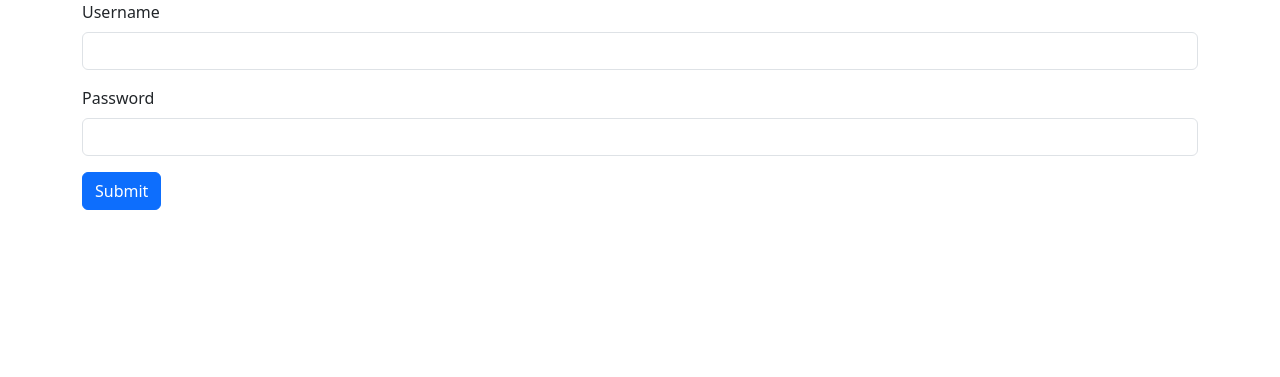
Repository: sarathraj2002/todo-list
Page: index.html
These files come from the project's save history. The page is drawn as it stood at one moment and after a run of saves; the edit follows.
The browser window is 1280 px wide. The pictures show the whole page.

Above is the page before, as saved 2024-09-05 10:19:59.

### index.html
<!DOCTYPE html>
<html lang="en">
<head>
    <meta charset="UTF-8">
    <meta name="viewport" content="width=device-width, initial-scale=1.0">
    <title>Document</title>
    <link rel="stylesheet" href="style.css">
    <link rel="stylesheet" href="bootstrap.min.css">
</head>
<body>
    <div class="container">
    <form>
        <div class="mb-3">
          <label for="exampleInputusername1" class="form-label">Username</label>
          <input type="test" class="form-control" id="exampleInputEmail1" aria-describedby="emailHelp">

        </div>
        <div class="mb-3">
          <label for="exampleInputPassword1" class="form-label">Password</label>
          <input type="password" class="form-control" id="exampleInputPassword1">
        </div>

        <button type="submit" class="btn btn-primary">Submit</button>
      </form>
    </div>
</body>
</html>

### style.css
body{
    background-color: white;
    margin: 0%;
    padding: 0%;
}
.container{
    height: 100px;
    width: 100px;
}

Loaded but not shown: bootstrap.min.css (library)

After the next 4 saves:
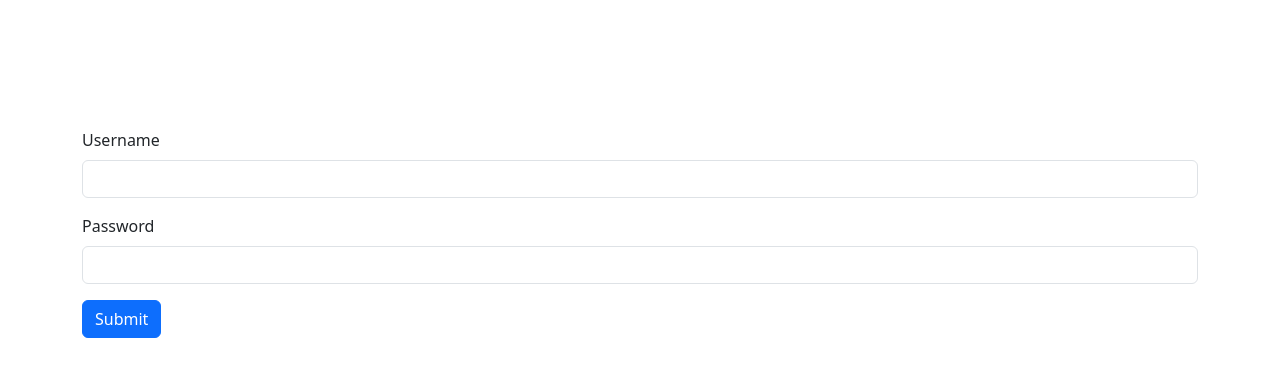
The 4 saves are shown as one change because they came seconds apart.
The last was saved 3 min 24 s later.
--- a/style.css
+++ b/style.css
@@ -6,4 +6,5 @@ body{
 .container{
     height: 100px;
     width: 100px;
+    padding-top: 10%;
 }
